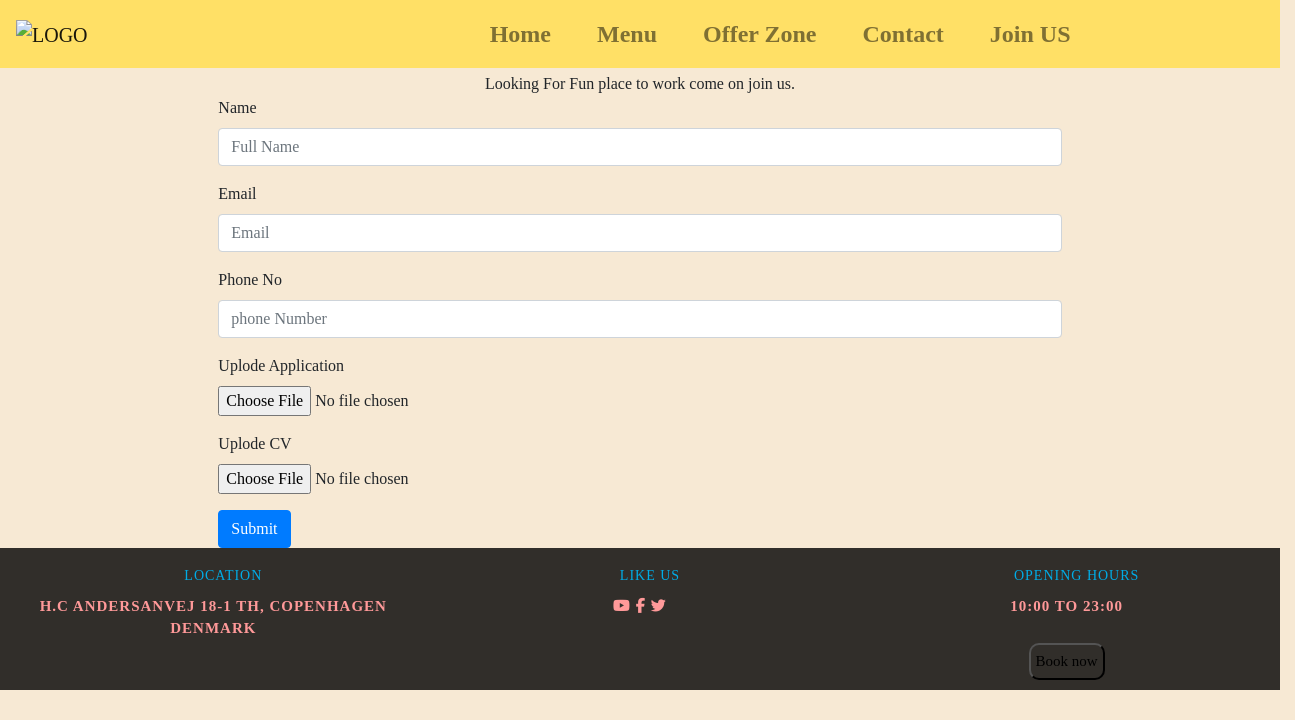
Repository: HMTRIVEDI/project-one
Page: job.html
The author's editor kept a record of every edit. The page is drawn from the files as they stood at one moment, then again after the next edit.
The browser window is 1280 px wide. The page is 1295 px wide, so the pictures cover 1295 px, including what lies to the right of the window. The pictures show the whole page.
Some web fonts or font styles are not loaded; a fallback is used. Some web libraries are served in a nearby version.

Above is the page before.

After the next edit:
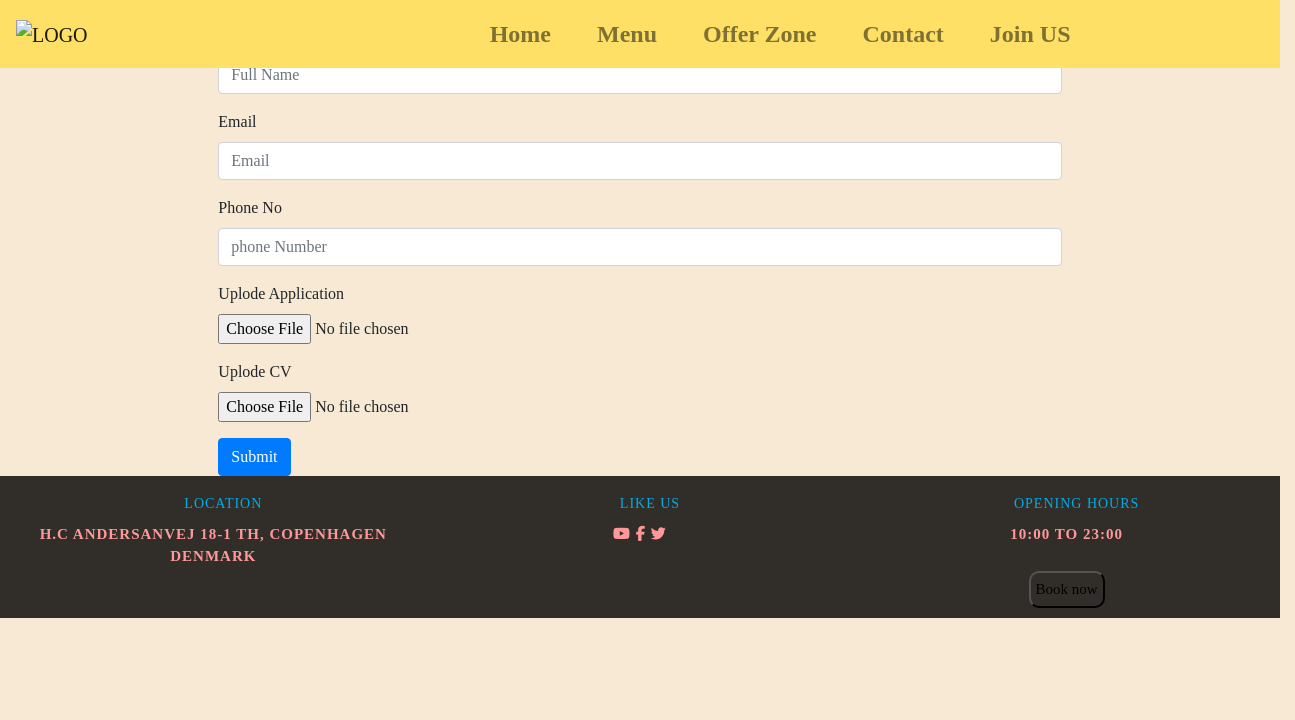
The edit:
--- a/job.html
+++ b/job.html
@@ -15,9 +15,6 @@
 </head>
 
 <body>
-  <br>
-  <br>
-  <br>
   <div class="row">
     <div class="col-sm-12" height="30%">
       <nav class="navbar fixed-top navbar-expand-lg navbar-light bg-light">
